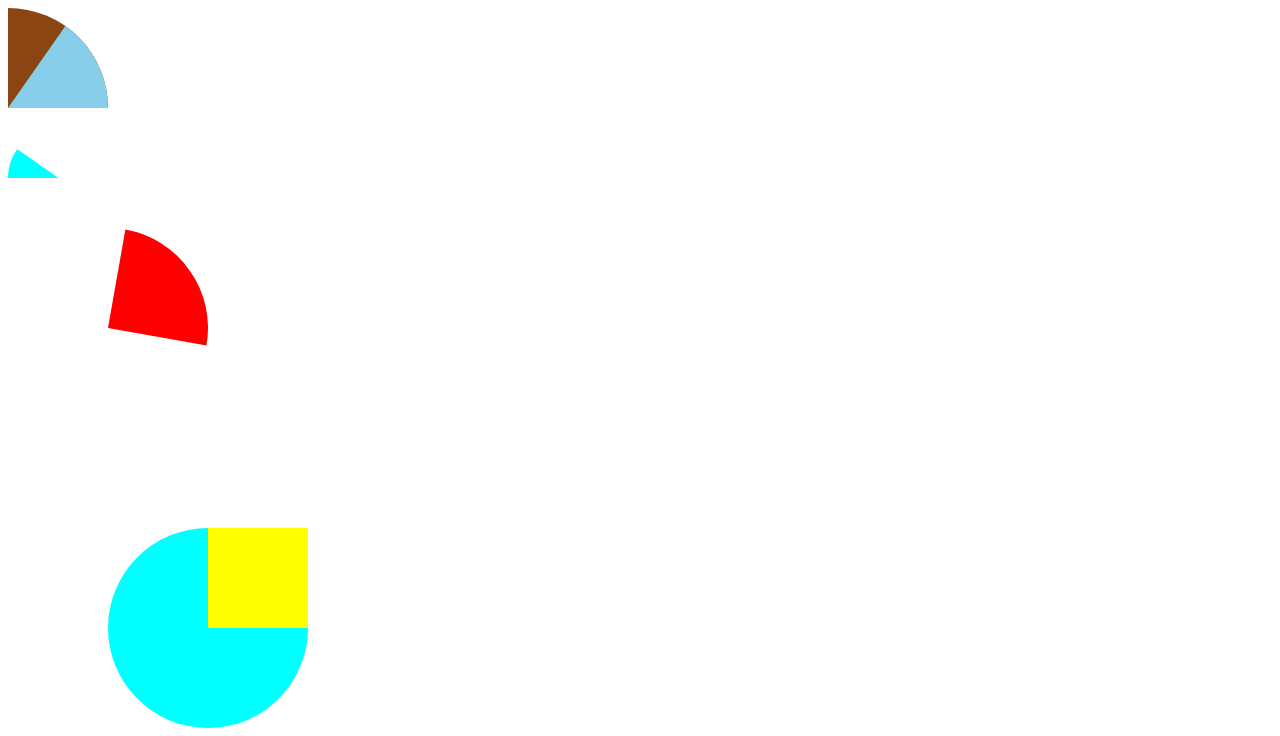
Repository: MMXiaohang/frontend-interview-coding
Page: 56.扇形.html
The author's editor kept a copy of each file at every save. The page is drawn from the files as they stood at one save, then again after the next save.
The browser window is 1280 px wide. The pictures show the whole page.

Above is the page before, as saved 2022-08-14 10:39:45.

After the next save:
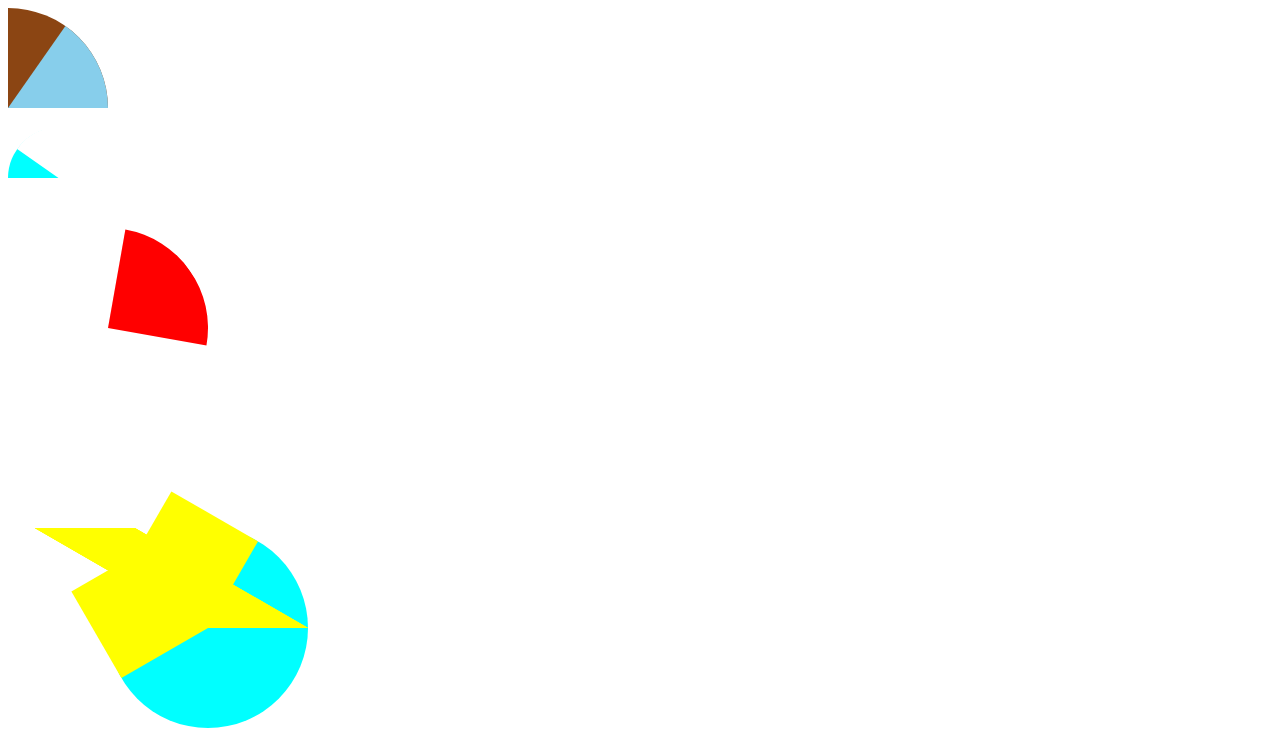
Saved 9 min 53 s later.
--- a/56.扇形.html
+++ b/56.扇形.html
@@ -87,9 +87,21 @@
             position:absolute;
             top: 0;
             right: 0;
-            /* transform: skewX(60deg); */
+            transform: skewX(60deg);
             transform-origin: 0 100%;
             background-color: yellow;
+        }
+
+        .slice:nth-of-child(2n){
+            background-color: green;
+        }
+
+        .slice-one{
+            transform: rotateZ(-60deg);
+        }
+
+        .slice-two{
+            transform: rotateZ(-120deg);
         }
     </style>
 </head>
